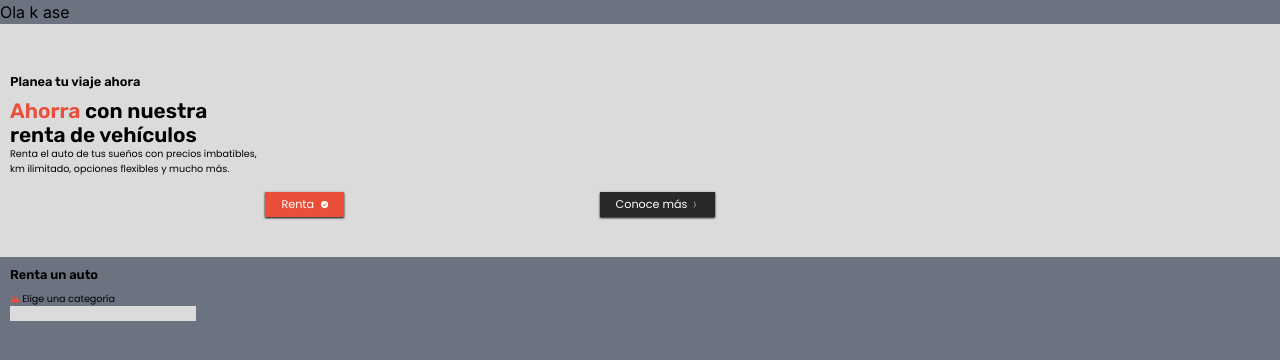
Repository: aldovelacasas/PF_RentCar2
Page: /homePage
An editor plug-in stored every save of this project. The page is shown before and after the next save, followed by the edit.
The browser window is 1280 px wide. The pictures show the whole page.
The project was rebuilt for these pictures with package versions that can differ from the ones it lists, and the page was loaded fresh each time. Some packages were replaced by stand-ins written for this rebuild. The framework's server and built-in components were replaced by stand-ins that run in the browser. Also part of the build but not shown: next.config.js.

Above is the page before, as saved 2023-08-29 19:51:43.

After the next save:
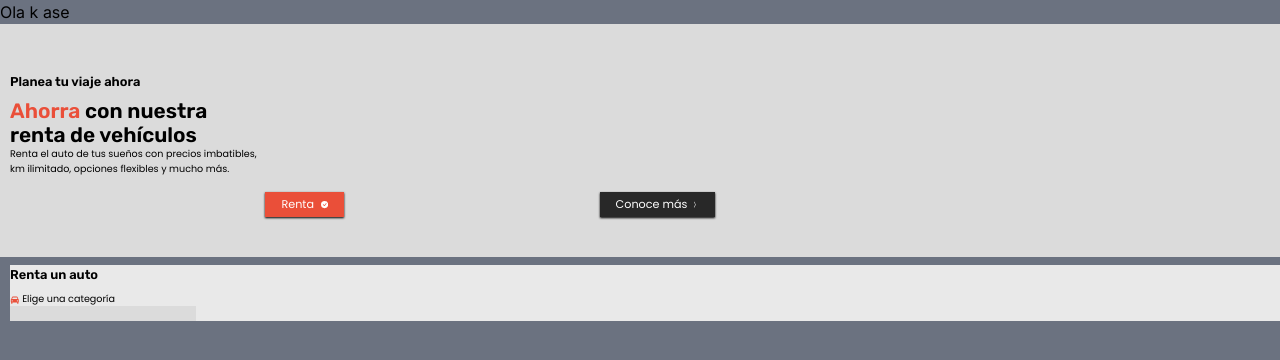
Saved 46 s later.
--- a/src/app/homePage/page.jsx
+++ b/src/app/homePage/page.jsx
@@ -44,7 +44,7 @@ function HomePage() {
           </button>
         </div>
       </header>
-      <form className={`${poppins} text-[0.6em] ml-2.5`}>
+      <form className={`${poppins} text-[0.6em] ml-2.5 bg-gris_frente`}>
         <p className={`mt-2 text-[0.8rem] ${rubik} mb-2`}>Renta un auto</p>
         <label htmlFor="categoria" className="">
           <BiSolidCar className="inline text-naranja_enf" /> Elige una categoría
